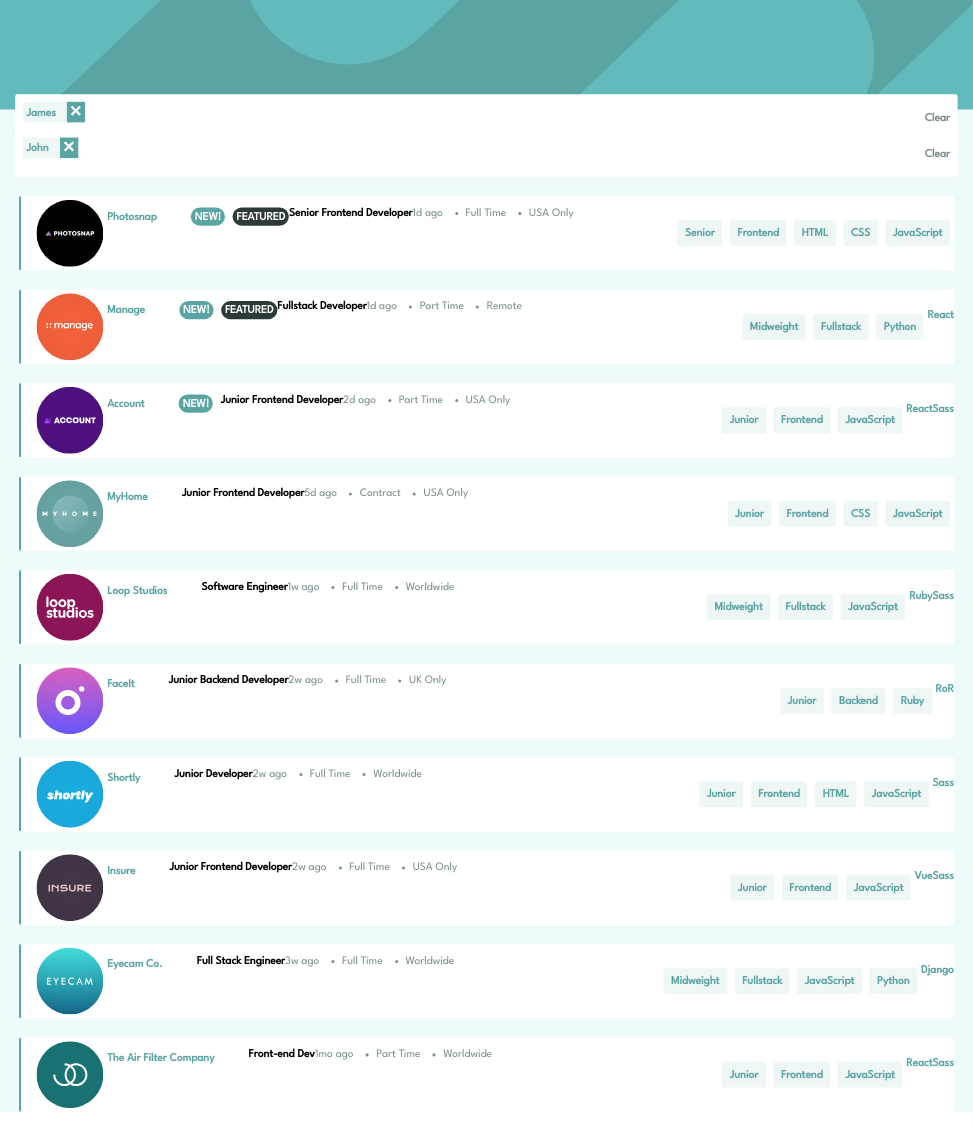
Repository: DevLaukey/job-listing
Page: /
An editor plug-in stored every save of this project. The page is shown before and after the next save, followed by the edit.
The browser window is 1280 px wide. The pictures show the whole page, at 76% of full size.
Some web fonts or font styles are not loaded; a fallback is used. The project was rebuilt for these pictures with package versions that can differ from the ones it lists, and the page was loaded fresh each time.

Above is the page before, as saved 2022-06-05 23:27:34.

### src/App.js
import "./App.css";
import Filter from "./components/Filter";
import Header from "./components/Header";
import Tablet from "./components/Tablet";
import data from "./data.json";

function App() {
  const tablets = data.map((data) =>
  (<Tablet
    key={data.id}
    company={data.company}
    neew={data.new}
    featured={data.featured}
    position={data.position}
    role={data.role}
    level={data.level}
    postedAt={data.postedAt}
    contract={data.contract}
    location={data.location}
    languages={data.languages}
    tools={data.tools}
    logo={data.logo} />));


  return (
    <div className="App">
      <Header />
      <Filter />
      <div className="content">{tablets}</div>
    </div>
  );
}

export default App;

### src/App.css
@import url('https://fonts.googleapis.com/css2?family=Grape+Nuts&family=League+Spartan&display=swap');
*{
  margin: 0;
  padding: 0;
  box-sizing: border-box;
}
.App{
  background-color: hsl(180, 52%, 96%);
  font-size: 15px;
}

### src/components/Filter.js
import React, { useState } from "react";
function Filter() {
  const [people, setPeople] = useState([
    {
      name: "James",
      age: 31,
    },
    {
      name: "John",
      age: 45,
    },
    {
      name: "Paul",
      age: 65,
    },
    {
      name: "Ringo",
      age: 49,
    },
    {
      name: "George",
      age: 34,
    },
  ]);
  // setTheArray([...theArray, newElement]);

  const filtered = people
    .filter((name) => name.name.includes("J"))
    .map((filteredPerson) => (
      <div className="tablet filter">
        <div className="option">
          <p className="front-end">{filteredPerson.name}</p>
          <div
            className="icon"
            onClick={() => {
              filtered.shift(filteredPerson);
              console.log(people);
            }}
          >
            <svg xmlns="http://www.w3.org/2000/svg" width="14" height="14">
              <path
                fill="#FFF"
                fill-rule="evenodd"
                d="M11.314 0l2.121 2.121-4.596 4.596 4.596 4.597-2.121 2.121-4.597-4.596-4.596 4.596L0 11.314l4.596-4.597L0 2.121 2.121 0l4.596 4.596L11.314 0z"
              />
            </svg>
          </div>
        </div>

        <div className="clear">
          <p onClick={() => setPeople([])}>Clear</p>
        </div>
      </div>
    ));
  return <>{filtered}</>;
}

export default Filter;

### src/components/Header.js
import React from 'react'
import "./styles.css"

function Header() {
  return (
    <header className='header'></header>
  )
}

export default Header

### src/components/Tablet.js
import React, { useState } from "react";
import "./styles.css";

function Tablet({
  key,
  company,
  logo,
  neew,
  featured,
  position,
  role,
  level,
  postedAt,
  contract,
  location,
  languages,
  tools,
}) {
  return (
    <div className="tablet boarder">
      <div className="tablet_content">
        <div className="desktop">
          <img className="image" src={logo} alt="" />

          <div className="heading">
            <div className="company">
              <p>{company}</p>
            </div>
            <div>{neew && <p className="new">NEW!</p>}</div>
            <div>{featured && <p className="featured">FEATURED</p>}</div>
          </div>

          <div className="title">
            <p>{position}</p>
          </div>
          <div className="details">
            <p>{postedAt}</p>
            <ul className="list">
              <li>{contract}</li>
              <li className="country">{location}</li>
            </ul>
          </div>
        </div>
        <hr className="line" />
      </div>
      <div className="tags">
        <p className="category">{level}</p>
        <p className="category">{role}</p>
        {languages.map((language) => (
          <p key={language} className="category" id="category">
            {language}
          </p>
        ))}
        {tools.map((tool) => (
          <p key={tool} className="tool" id="category">
            {tool}
          </p>
        ))}
      </div>
    </div>
  );
}

export default Tablet;

### src/components/styles.css
.header {
  background-image: url(../assets/bg-header-mobile.svg);
  padding: 10vh;
  background-color: hsl(180, 29%, 50%);
}
.tablet {
  background-color: white;
  margin: 25px 25px 20px 25px;
  font-family: "League Spartan", sans-serif;
  border-radius: 3px;
  font-weight: 700;
}
.boarder {
  border-left: 3px solid hsl(180, 29%, 50%);
}
.tablet_content {
  margin-left: 15px;
  margin-right: 25px;
  align-items: center;
}
.image {
  height: 50px;
  margin-top: -20px;
}
.heading {
  margin-top: 15px;
  display: flex;
}
.company {
  color: hsl(180, 29%, 50%);
  margin-right: 3em;
  margin-top: 5px;
}
.new {
  background-color: hsl(180, 29%, 50%);
  padding: 5px;
  color: white;
  border-radius: 25px;
  margin-right: 10px;
}
.featured {
  background-color: hsl(180, 14%, 20%);
  padding: 5px;
  color: white;
  border-radius: 25px;
}
.title {
  margin-top: 15px;
}
.details {
  display: flex;
  color: hsl(180, 8%, 52%);
  font-weight: 400;
  margin-top: 15px;
  margin-bottom: 15px;
}
.list {
  display: flex;
  margin-left: 2em;
}
.country {
  margin-left: 2em;
}
.line {
  margin-bottom: 15px;
  color: gray;
}
.tags {
  color: hsl(180, 29%, 50%);
  display: flex;
  flex-wrap: wrap;
}
.category {
  background-color: hsl(180, 31%, 95%);
  padding: 10px;
  border-radius: 3px;
  margin: 5px;
}

.filter {
  display: flex;
  padding: 10px;
  border-radius: 3px;
  margin: -20px 20px 5px 20px;
  flex-wrap: wrap;
  justify-content: space-between;
}
.option {
    background-color: hsl(180, 31%, 95%);
  color: hsl(180, 29%, 50%);
  display: flex;
  align-items: center;
  width : fit-content;
  margin-bottom: 15px;
}
.front-end{
 padding: 5px;
}
.icon {
  margin-left: 10px;
 flex-grow: 1;
 height:100%;
 padding: 5px;
  background-color: hsl(180, 29%, 50%);
}
.clear{
      color: hsl(180, 8%, 52%);
    }
   .desktop{
     display: block;
   }
/* media query */

@media screen and (min-width: 768px) {
  .header {
    background-image: url(../assets/bg-header-desktop.svg);
  }
  .line {
    display: none;
  }
  .tablet {
    display: flex;
    align-items: center;
    justify-content: space-between;
  }
.desktop{
  display: flex;
}.image{
  margin: 0;
  padding: 5px;
height: 100%;}
}

Loaded but not shown: public/index.html (common file); src/index.js (common file); src/index.css (common file); src/reportWebVitals.js (common file); src/data.json (common file)

After the next save:
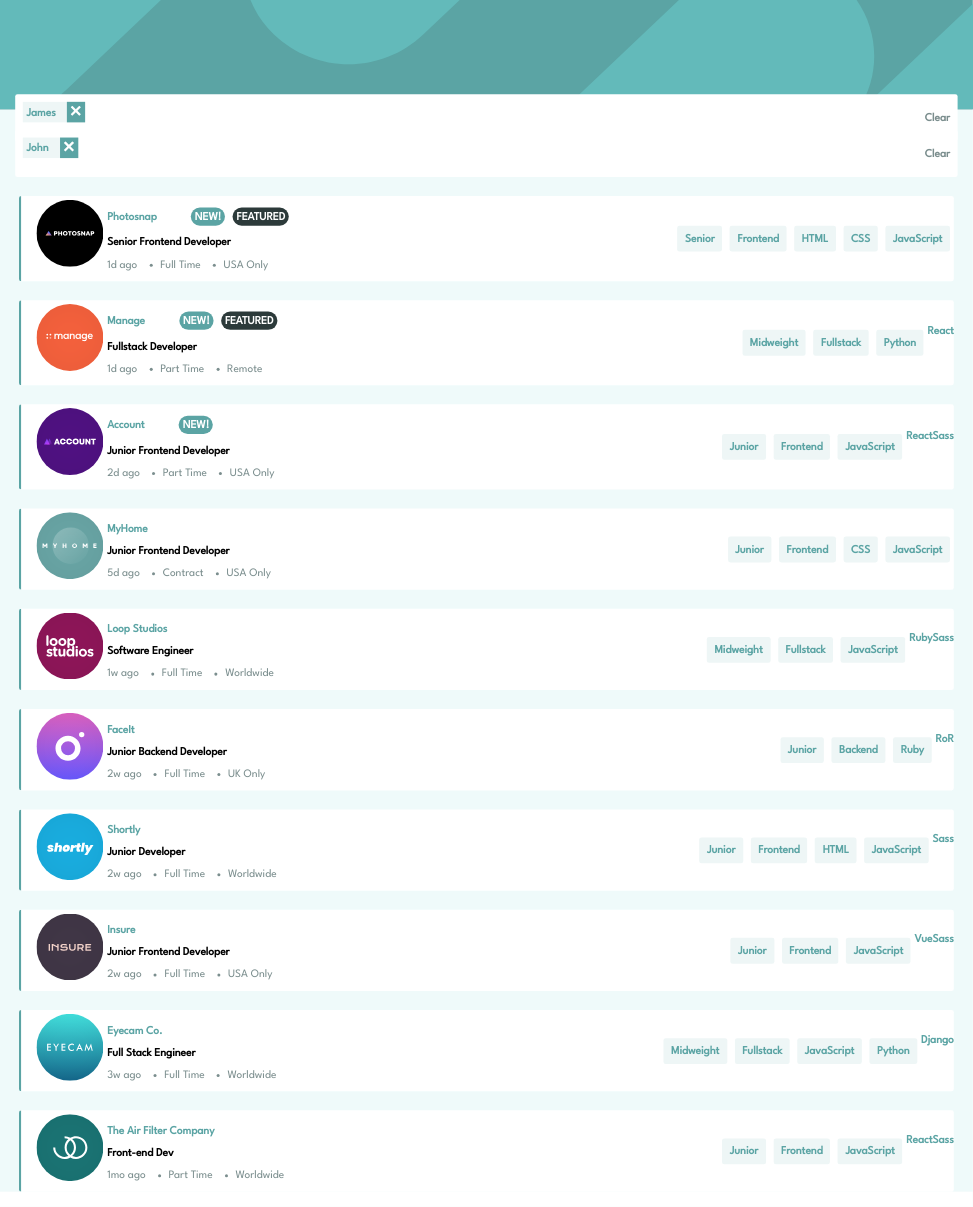
Saved 45 s later.
--- a/src/components/Tablet.js
+++ b/src/components/Tablet.js
@@ -21,24 +21,25 @@ function Tablet({
       <div className="tablet_content">
         <div className="desktop">
           <img className="image" src={logo} alt="" />
+          <div className="block">
+            <div className="heading">
+              <div className="company">
+                <p>{company}</p>
+              </div>
+              <div>{neew && <p className="new">NEW!</p>}</div>
+              <div>{featured && <p className="featured">FEATURED</p>}</div>
+            </div>
 
-          <div className="heading">
-            <div className="company">
-              <p>{company}</p>
+            <div className="title">
+              <p>{position}</p>
             </div>
-            <div>{neew && <p className="new">NEW!</p>}</div>
-            <div>{featured && <p className="featured">FEATURED</p>}</div>
-          </div>
-
-          <div className="title">
-            <p>{position}</p>
-          </div>
-          <div className="details">
-            <p>{postedAt}</p>
-            <ul className="list">
-              <li>{contract}</li>
-              <li className="country">{location}</li>
-            </ul>
+            <div className="details">
+              <p>{postedAt}</p>
+              <ul className="list">
+                <li>{contract}</li>
+                <li className="country">{location}</li>
+              </ul>
+            </div>
           </div>
         </div>
         <hr className="line" />
